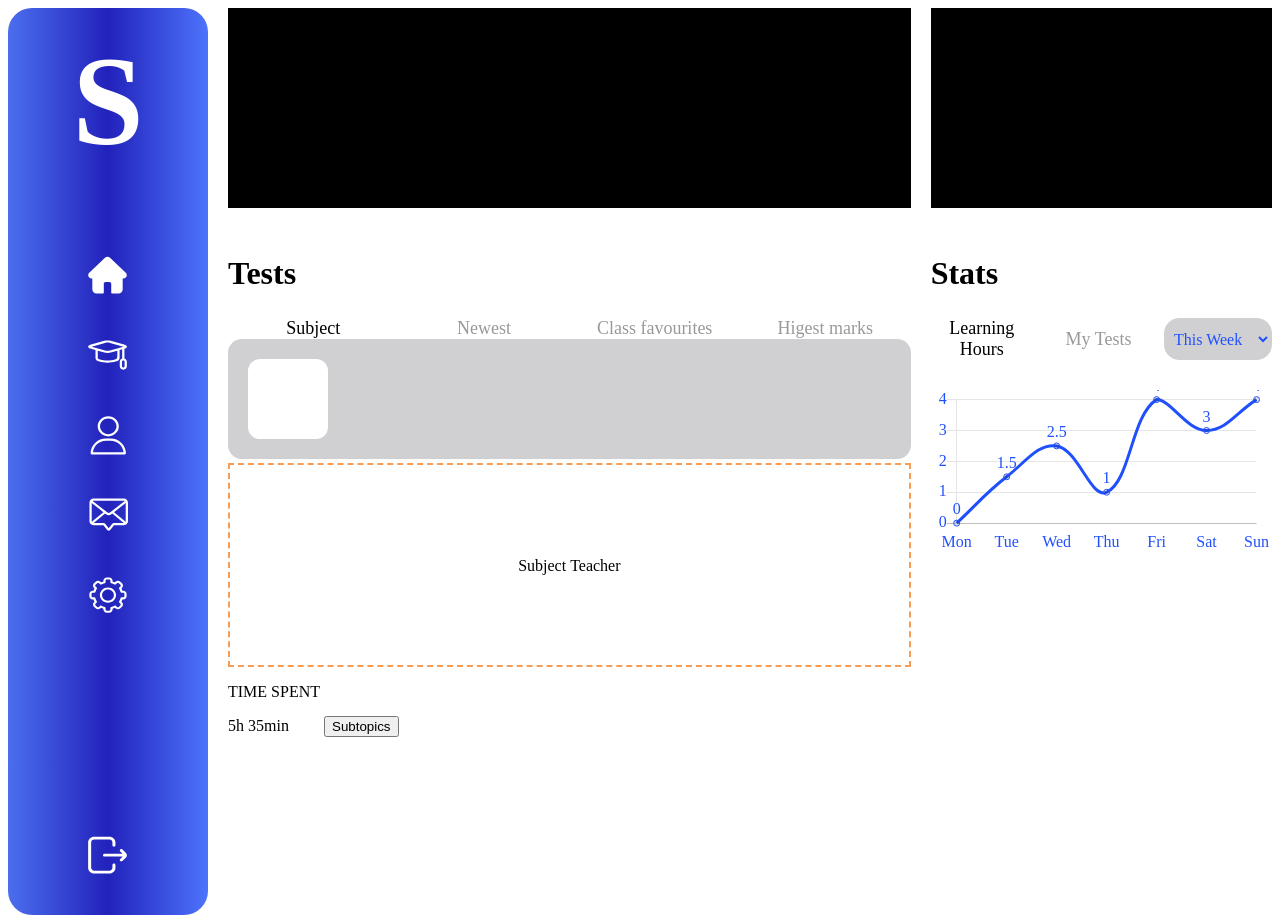
Repository: rafalzacher1/smartify-interface
Page: home.html
These files come from the project's save history. The page is drawn as it stood at one moment and after the next save; the edit follows.
The browser window is 1280 px wide. The pictures show the whole page.
Some web fonts or font styles are not loaded; a fallback is used. Some web libraries are served in a nearby version.

Above is the page before, as saved 2022-06-30 04:27:09.

After the next save:
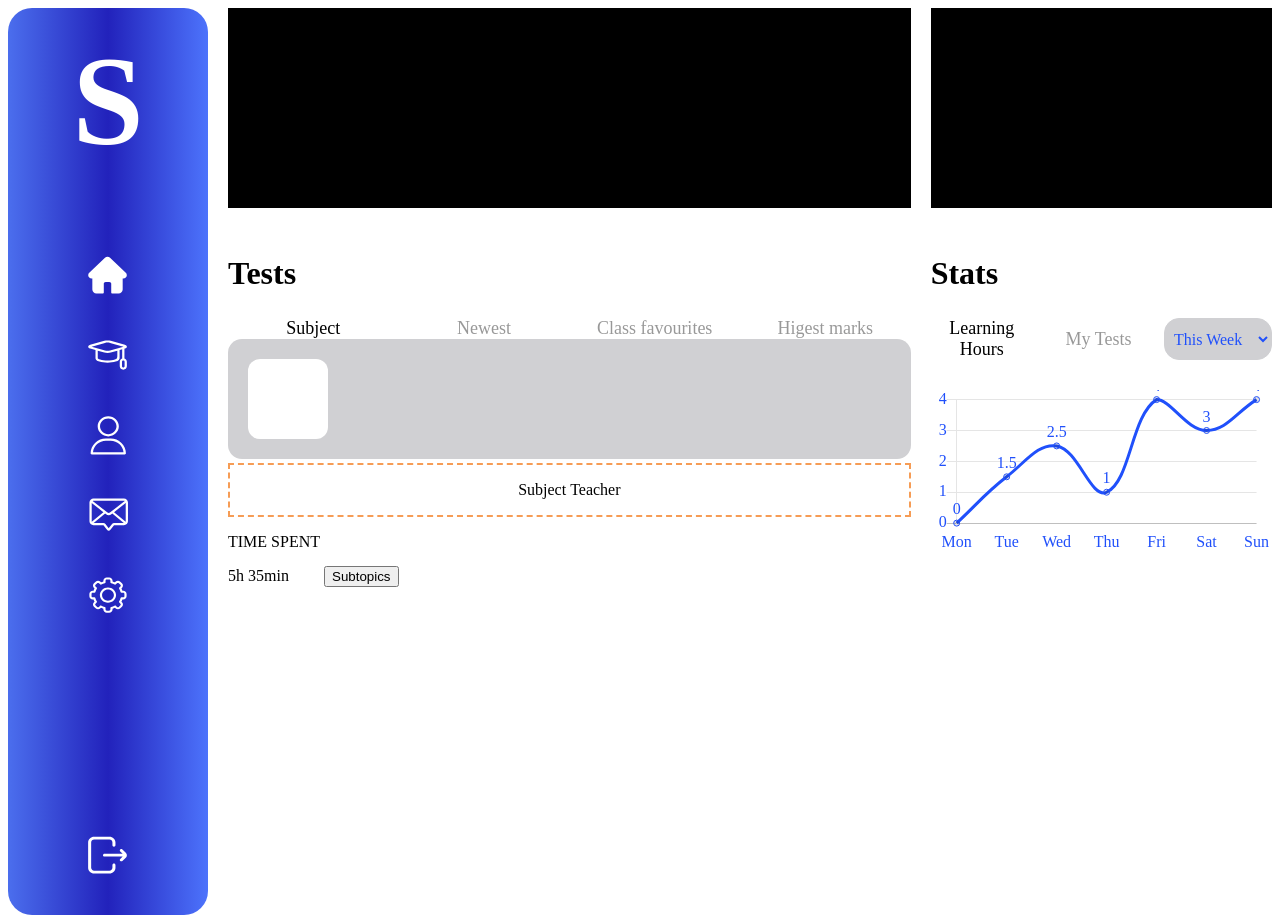
Saved 8 s later.
--- a/styles/tests.css
+++ b/styles/tests.css
@@ -48,8 +48,8 @@ input[type="reset"] {
 }
 
 .class-info {
-    height: 200px;
-    line-height: 200px;
+    /* height: 200px;
+    line-height: 200px; */
     text-align: center;
     border: 2px dashed #f69c55;
 }
